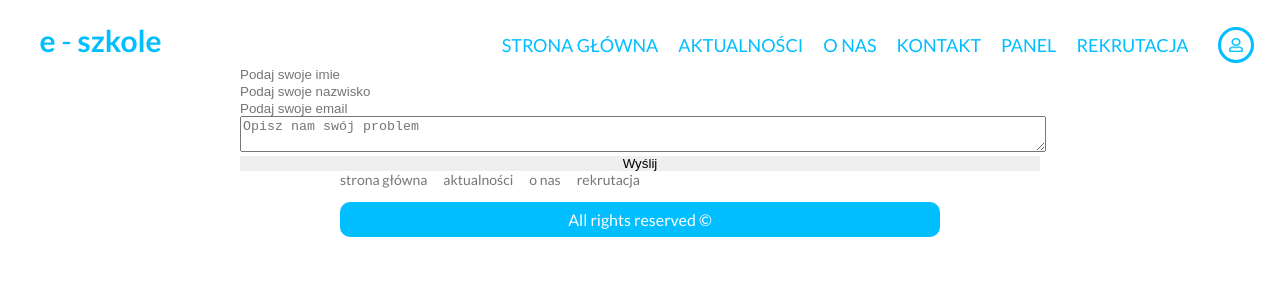
Repository: Votex874/e-szkole
Page: /kontakt (app in app/)
The author's editor kept a copy of each file at every save. The page is drawn from the files as they stood at one save, then again after the next save.
The browser window is 1280 px wide. The pictures show the whole page.
The project was rebuilt for these pictures with package versions that can differ from the ones it lists, and the page was loaded fresh each time. Also part of the build but not shown: app/src/components/News/Title/index.js, app/src/components/News/Content/index.js, app/src/components/News/Avatar/index.js, app/src/components/News/Footer/index.js, app/src/components/SectionTitle/index.js, app/src/components/News/index.js, app/src/components/AboutUs/Content/index.js, app/src/components/AboutUs/index.js and 21 more.

Above is the page before, as saved 2019-03-11 09:52:38.

After the next save:
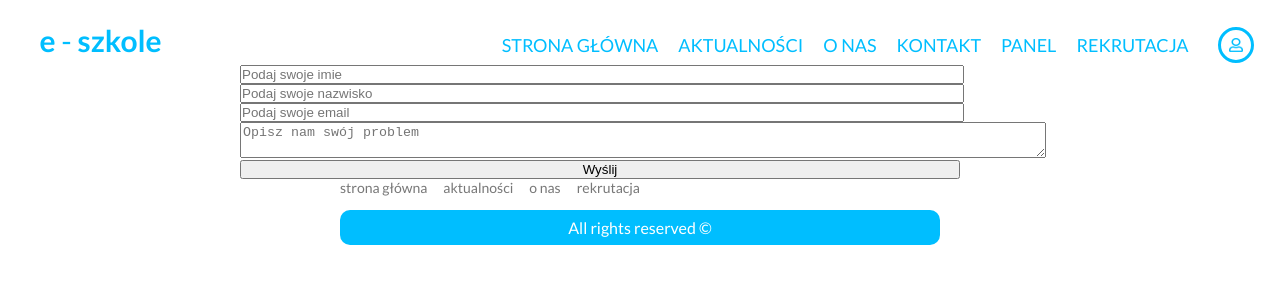
Saved 12 s later.
--- a/app/src/components/Form/Input/index.js
+++ b/app/src/components/Form/Input/index.js
@@ -6,10 +6,9 @@ const LabelElement = styled.label`
 `
 
 const InputElement = styled.input`
-  width: 100%;
+  width: 90%;
   margin: 0;
   padding: 0;
-  border: none;
 `
 
 class Input extends Component {
